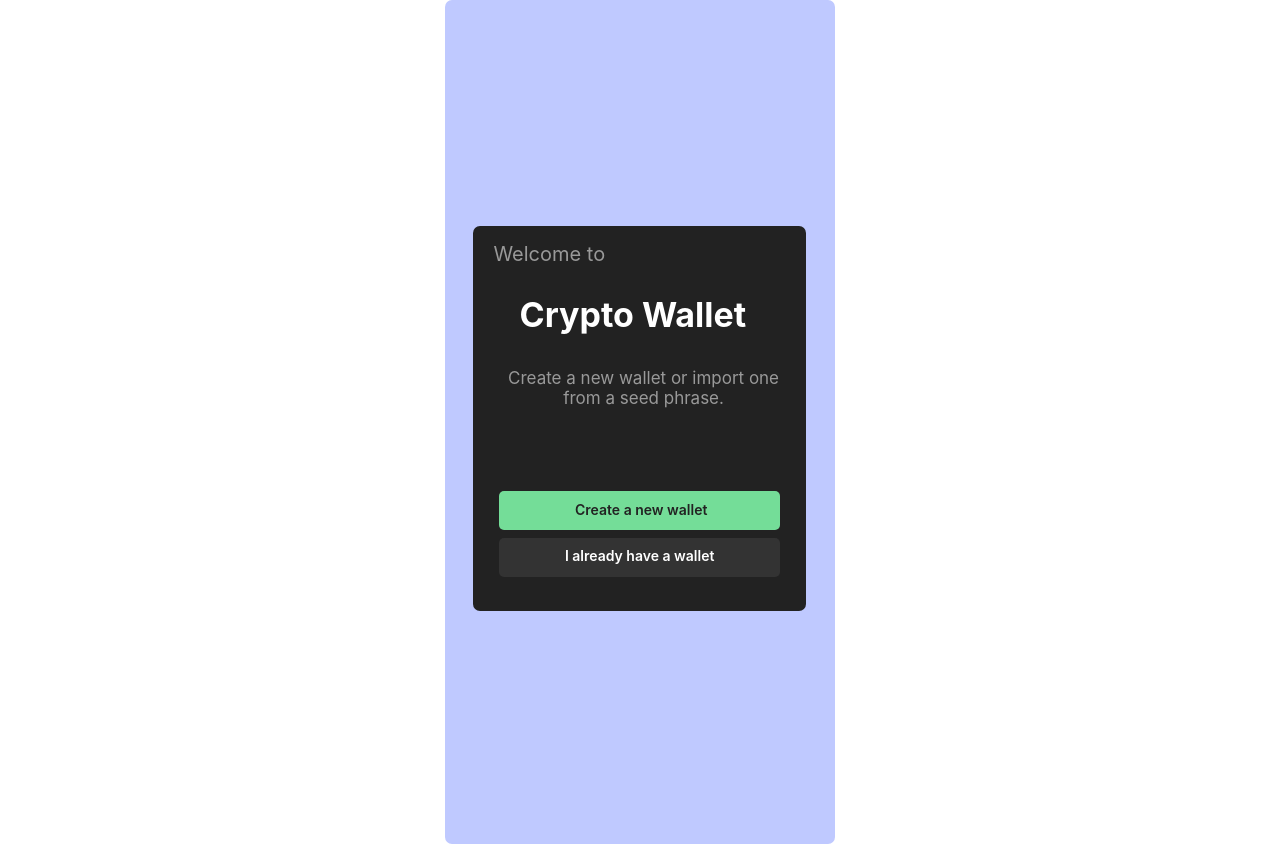
Repository: krishbains/CryptoWallet
Page: /
An editor plug-in stored every save of this project. The page is shown before and after the next save, followed by the edit.
The browser window is 1280 px wide. The pictures show the whole page.
The project was rebuilt for these pictures with package versions that can differ from the ones it lists, and the page was loaded fresh each time.

Above is the page before, as saved 2024-03-28 15:38:00.

After the next save:
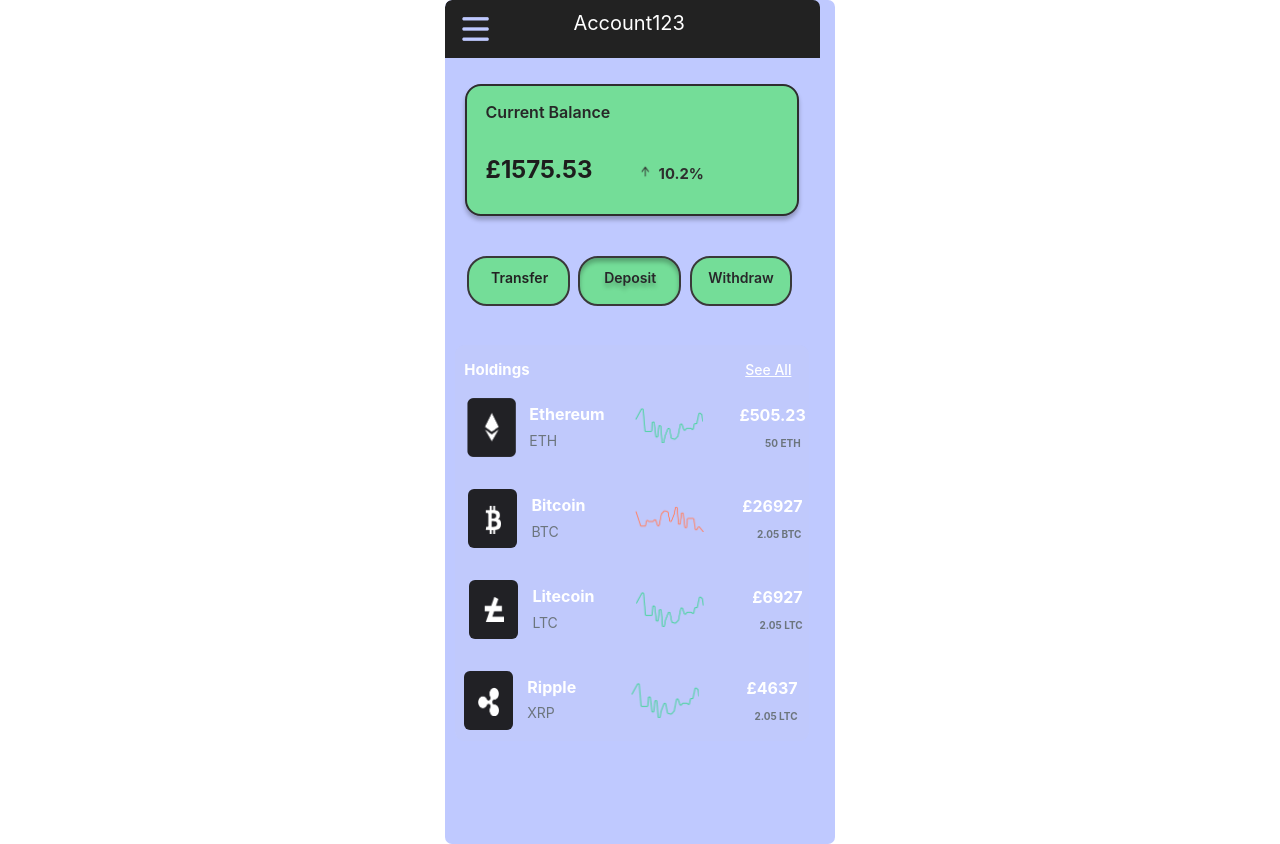
Saved 71 s later.
--- a/src/App.js
+++ b/src/App.js
@@ -5,8 +5,8 @@ import StartingPage from './components/startingpage/startingpage';
 function App() {
   return (
     <div className="App">
-      {/* <BasePage/> */}
-      <StartingPage/>
+      <BasePage/>
+      {/* <StartingPage/> */}
     </div>
   );
 }
